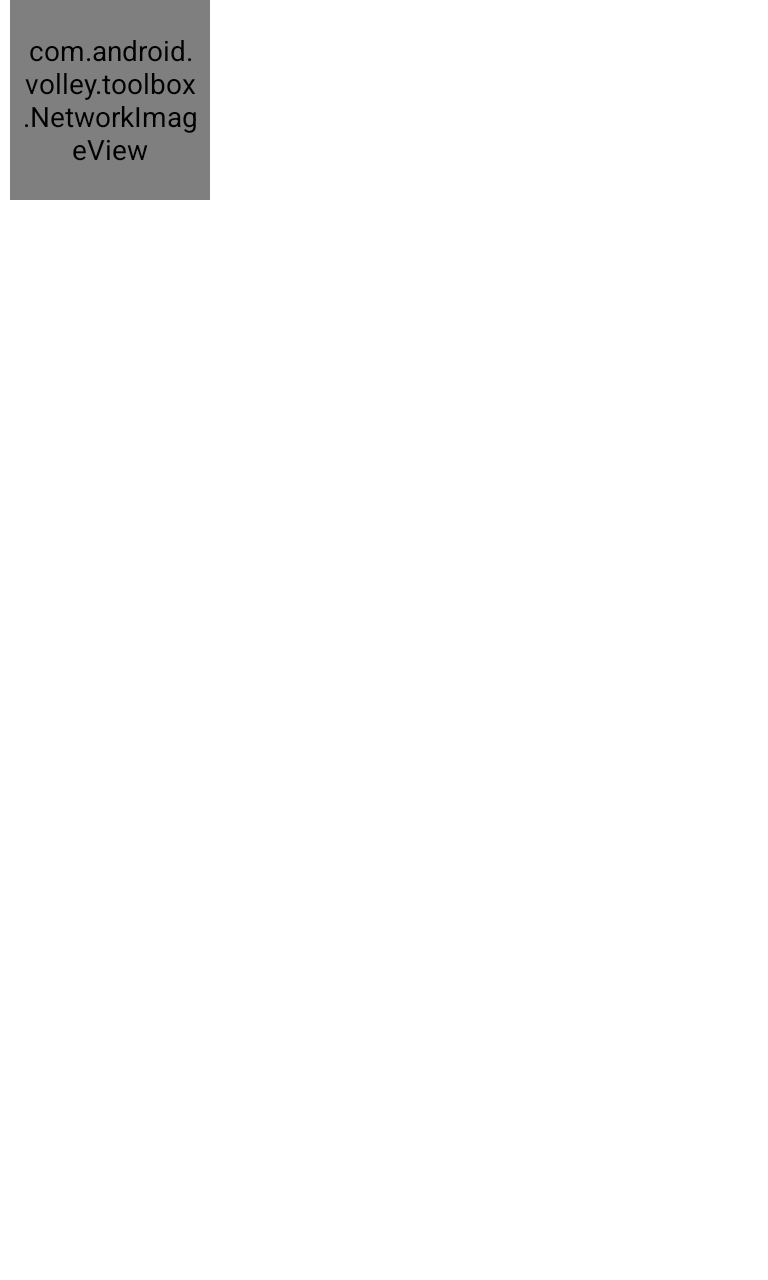
Repository: thisisdemo333/BigDiscount
Layout: BigDiscounts/res/layout/detailview_image_item.xml
The author's editor kept a copy of each file at every save. The layout is drawn from the files as they stood at one save, then again after the next save.
Pictures or frames that could not be fetched are drawn as grey boxes. It is drawn on a 768 x 1280 px phone screen (xhdpi) without system bars, with theme AppTheme; the app's code is not run.

Above is the layout before, as saved 2015-05-05 12:32:08.

### BigDiscounts/res/layout/detailview_image_item.xml
<?xml version="1.0" encoding="utf-8"?>
<LinearLayout xmlns:android="http://schemas.android.com/apk/res/android"
    android:layout_width="match_parent"
    android:layout_height="match_parent"
    android:orientation="vertical" >

    <com.android.volley.toolbox.NetworkImageView
        android:id="@+id/iv_image"
        android:layout_width="@dimen/padding_100dp"
        android:layout_height="@dimen/padding_100dp"
        android:layout_marginLeft="@dimen/padding_5dp"
        android:background="@color/white"
        android:padding="@dimen/padding_5dp"
        android:scaleType="centerCrop"
        android:src="@drawable/itembg" />

</LinearLayout>

### BigDiscounts/res/values/styles.xml
<resources xmlns:android="http://schemas.android.com/apk/res/android">

    <!--
        Base application theme, dependent on API level. This theme is replaced
        by AppBaseTheme from res/values-vXX/styles.xml on newer devices.


    -->
    <style name="AppBaseTheme" parent="android:Theme.Light">
        <!--
            Theme customizations available in newer API levels can go in
            res/values-vXX/styles.xml, while customizations related to
            backward-compatibility can go here.


        -->
    </style>

    <!-- Application theme. -->
    <style name="AppTheme" parent="AppBaseTheme">

        <!-- All customizations that are NOT specific to a particular API-level can go here. -->
        <item name="android:actionBarStyle">@style/MyActionBar</item>
    </style>

    <!-- Action bar theme. -->
    <style name="MyActionBar" parent="@android:style/Widget.Holo.Light.ActionBar">
        <item name="android:background">@color/RoyalBlue</item>
        <item name="android:titleTextStyle">@style/AppTitle</item>
    </style>

    <!-- App title theme -->
    <style name="AppTitle" parent="@android:style/TextAppearance.Holo.Widget.ActionBar.Title">
        <item name="android:textColor">@color/white</item>
    </style>

</resources>

### BigDiscounts/res/values/colors.xml
<?xml version="1.0" encoding="utf-8"?>
<resources>

    <color name="background">#135493</color>
    <color name="login_color">#d34836</color>
    <color name="actionBar">#2F8DE4</color>
    <color name="white_smoke">#F7F7F7</color>
    <color name="white">#ffffff</color>
    <color name="black">#000000</color>
    <color name="transparent">#00000000</color>
    <color name="main_color_green">#00b863</color>
    <color name="main_color_gray_dk">#3b3b3b</color>
    <color name="main_color_gray_lt">#acacac</color>
    <color name="main_color_gray">#7d7d7d</color>
    <color name="gray_light">#e8e8e8</color>
    <color name="yellow">#FFFF00</color>
    <color name="fuchsia">#FF00FF</color>
    <color name="red">#FF0000</color>
    <color name="silver">#C0C0C0</color>
    <color name="gray">#808080</color>
    <color name="olive">#808000</color>
    <color name="purple">#800080</color>
    <color name="maroon">#800000</color>
    <color name="aqua">#00FFFF</color>
    <color name="lime">#00FF00</color>
    <color name="teal">#008080</color>
    <color name="green">#008000</color>
    <color name="blue">#0000FF</color>
    <color name="navy">#000080</color>
    <color name="White">#FFFFFF</color>
    <color name="Ivory">#FFFFF0</color>
    <color name="LightYellow">#FFFFE0</color>
    <color name="Yellow">#FFFF00</color>
    <color name="Snow">#FFFAFA</color>
    <color name="FloralWhite">#FFFAF0</color>
    <color name="LemonChiffon">#FFFACD</color>
    <color name="Cornsilk">#FFF8DC</color>
    <color name="Seashell">#FFF5EE</color>
    <color name="LavenderBlush">#FFF0F5</color>
    <color name="PapayaWhip">#FFEFD5</color>
    <color name="BlanchedAlmond">#FFEBCD</color>
    <color name="MistyRose">#FFE4E1</color>
    <color name="Bisque">#FFE4C4</color>
    <color name="Moccasin">#FFE4B5</color>
    <color name="NavajoWhite">#FFDEAD</color>
    <color name="PeachPuff">#FFDAB9</color>
    <color name="Gold">#FFD700</color>
    <color name="Pink">#FFC0CB</color>
    <color name="LightPink">#FFB6C1</color>
    <color name="Orange">#FFA500</color>
    <color name="LightSalmon">#FFA07A</color>
    <color name="DarkOrange">#FF8C00</color>
    <color name="Coral">#FF7F50</color>
    <color name="HotPink">#FF69B4</color>
    <color name="Tomato">#FF6347</color>
    <color name="OrangeRed">#FF4500</color>
    <color name="DeepPink">#FF1493</color>
    <color name="Fuchsia">#FF00FF</color>
    <color name="Magenta">#FF00FF</color>
    <color name="Red">#FF0000</color>
    <color name="OldLace">#FDF5E6</color>
    <color name="LightGoldenrodYellow">#FAFAD2</color>
    <color name="Linen">#FAF0E6</color>
    <color name="AntiqueWhite">#FAEBD7</color>
    <color name="Salmon">#FA8072</color>
    <color name="GhostWhite">#F8F8FF</color>
    <color name="MintCream">#F5FFFA</color>
    <color name="WhiteSmoke">#F5F5F5</color>
    <color name="Beige">#F5F5DC</color>
    <color name="Wheat">#F5DEB3</color>
    <color name="SandyBrown">#F4A460</color>
    <color name="Azure">#F0FFFF</color>
    <color name="Honeydew">#F0FFF0</color>
    <color name="AliceBlue">#F0F8FF</color>
    <color name="Khaki">#F0E68C</color>
    <color name="LightCoral">#F08080</color>
    <color name="PaleGoldenrod">#EEE8AA</color>
    <color name="Violet">#EE82EE</color>
    <color name="DarkSalmon">#E9967A</color>
    <color name="Lavender">#E6E6FA</color>
    <color name="LightCyan">#E0FFFF</color>
    <color name="BurlyWood">#DEB887</color>
    <color name="Plum">#DDA0DD</color>
    <color name="Gainsboro">#DCDCDC</color>
    <color name="Crimson">#DC143C</color>
    <color name="PaleVioletRed">#DB7093</color>
    <color name="Goldenrod">#DAA520</color>
    <color name="Orchid">#DA70D6</color>
    <color name="Thistle">#D8BFD8</color>
    <color name="LightGrey">#D3D3D3</color>
    <color name="Tan">#D2B48C</color>
    <color name="Chocolate">#D2691E</color>
    <color name="Peru">#CD853F</color>
    <color name="IndianRed">#CD5C5C</color>
    <color name="MediumVioletRed">#C71585</color>
    <color name="Silver">#C0C0C0</color>
    <color name="DarkKhaki">#BDB76B</color>
    <color name="RosyBrown">#BC8F8F</color>
    <color name="MediumOrchid">#BA55D3</color>
    <color name="DarkGoldenrod">#B8860B</color>
    <color name="FireBrick">#B22222</color>
    <color name="PowderBlue">#B0E0E6</color>
    <color name="LightSteelBlue">#B0C4DE</color>
    <color name="PaleTurquoise">#AFEEEE</color>
    <color name="GreenYellow">#ADFF2F</color>
    <color name="LightBlue">#ADD8E6</color>
    <color name="DarkGray">#A9A9A9</color>
    <color name="Brown">#A52A2A</color>
    <color name="Sienna">#A0522D</color>
    <color name="YellowGreen">#9ACD32</color>
    <color name="DarkOrchid">#9932CC</color>
    <color name="PaleGreen">#98FB98</color>
    <color name="DarkViolet">#9400D3</color>
    <color name="MediumPurple">#9370DB</color>
    <color name="LightGreen">#90EE90</color>
    <color name="DarkSeaGreen">#8FBC8F</color>
    <color name="SaddleBrown">#8B4513</color>
    <color name="DarkMagenta">#8B008B</color>
    <color name="DarkRed">#8B0000</color>
    <color name="BlueViolet">#8A2BE2</color>
    <color name="LightSkyBlue">#87CEFA</color>
    <color name="SkyBlue">#87CEEB</color>
    <color name="Gray">#808080</color>
    <color name="Olive">#808000</color>
    <color name="Purple">#800080</color>
    <color name="Maroon">#800000</color>
    <color name="Aquamarine">#7FFFD4</color>
    <color name="Chartreuse">#7FFF00</color>
    <color name="LawnGreen">#7CFC00</color>
    <color name="MediumSlateBlue">#7B68EE</color>
    <color name="LightSlateGray">#778899</color>
    <color name="SlateGray">#708090</color>
    <color name="OliveDrab">#6B8E23</color>
    <color name="SlateBlue">#6A5ACD</color>
    <color name="DimGray">#696969</color>
    <color name="MediumAquamarine">#66CDAA</color>
    <color name="CornflowerBlue">#6495ED</color>
    <color name="CadetBlue">#5F9EA0</color>
    <color name="DarkOliveGreen">#556B2F</color>
    <color name="Indigo">#4B0082</color>
    <color name="MediumTurquoise">#48D1CC</color>
    <color name="DarkSlateBlue">#483D8B</color>
    <color name="SteelBlue">#4682B4</color>
    <color name="RoyalBlue">#4169E1</color>
    <color name="Turquoise">#40E0D0</color>
    <color name="MediumSeaGreen">#3CB371</color>
    <color name="LimeGreen">#32CD32</color>
    <color name="DarkSlateGray">#2F4F4F</color>
    <color name="SeaGreen">#2E8B57</color>
    <color name="ForestGreen">#228B22</color>
    <color name="LightSeaGreen">#20B2AA</color>
    <color name="DodgerBlue">#1E90FF</color>
    <color name="MidnightBlue">#191970</color>
    <color name="Aqua">#00FFFF</color>
    <color name="Cyan">#00FFFF</color>
    <color name="SpringGreen">#00FF7F</color>
    <color name="Lime">#00FF00</color>
    <color name="MediumSpringGreen">#00FA9A</color>
    <color name="DarkTurquoise">#00CED1</color>
    <color name="DeepSkyBlue">#00BFFF</color>
    <color name="DarkCyan">#008B8B</color>
    <color name="Teal">#008080</color>
    <color name="Green">#008000</color>
    <color name="DarkGreen">#006400</color>
    <color name="Blue">#0000FF</color>
    <color name="MediumBlue">#0000CD</color>
    <color name="DarkBlue">#00008B</color>
    <color name="Navy">#000080</color>
    <color name="Black">#000000</color>
    <color name="carrier_launcher_theme">#AE0000</color>
    <color name="career_header">#AE0000</color>
    <color name="career_background">#373737</color>
    <color name="cancel">#8A8D8B</color>
    <color name="listview_1">#70000000</color>
    <color name="theme">#C91870</color>
    <color name="application_bg">#E9E9E9</color>
    <color name="blue_light">#4074b3</color>
    <color name="gray_dark">#4b4b4b</color>
    <color name="gray_faint">#F7F7F7</color>
    <color name="blue_sky">#01AADE</color>
    <color name="blue_royal">#526DAE</color>
    <color name="Transperent_60black">#99000000</color>

</resources>

### BigDiscounts/res/values/dimens.xml
<resources>

    <!-- Default screen margins, per the Android Design guidelines. -->
    <dimen name="activity_horizontal_margin">16dp</dimen>
    <dimen name="activity_vertical_margin">16dp</dimen>
    <dimen name="padding_300dp">300dp</dimen>
    <dimen name="padding_200dp">200dp</dimen>
    <dimen name="padding_150dp">150dp</dimen>
    <dimen name="padding_100dp">100dp</dimen>
    <dimen name="padding_50dp">50dp</dimen>

</resources>

### BigDiscounts/res/values-hdpi/dimens.xml
<?xml version="1.0" encoding="utf-8"?>
<resources>

    <!-- Text Size -->
    <dimen name="very_small_text_size">8sp</dimen>
    <dimen name="sub_small_text_size">9sp</dimen>
    <dimen name="small_text_size">10sp</dimen>
    <dimen name="medium_text_size">15sp</dimen>
    <dimen name="large_text_size">25sp</dimen>
    <dimen name="very_large_text_size">35sp</dimen>

    <!-- padding -->
    <dimen name="padding_1dp">1dp</dimen>
    <dimen name="padding_2dp">2dp</dimen>
    <dimen name="padding_3dp">3dp</dimen>
    <dimen name="padding_4dp">4dp</dimen>
    <dimen name="padding_5dp">5dp</dimen>
    <dimen name="padding_6dp">6dp</dimen>
    <dimen name="padding_7dp">7dp</dimen>
    <dimen name="padding_8dp">8dp</dimen>
    <dimen name="padding_9dp">9dp</dimen>
    <dimen name="padding_10dp">10dp</dimen>
    <dimen name="padding_15dp">15dp</dimen>
    <dimen name="padding_20dp">20dp</dimen>
    <dimen name="padding_25dp">25dp</dimen>
    <dimen name="padding_30dp">30dp</dimen>
    <dimen name="padding_40dp">40dp</dimen>

    <!-- Margin -->
    <dimen name="margin_1dp">1dp</dimen>
    <dimen name="margin_2dp">2dp</dimen>
    <dimen name="margin_3dp">3dp</dimen>
    <dimen name="margin_4dp">4dp</dimen>
    <dimen name="margin_5dp">5dp</dimen>
    <dimen name="margin_6dp">6dp</dimen>
    <dimen name="margin_7dp">7dp</dimen>
    <dimen name="margin_8dp">8dp</dimen>
    <dimen name="margin_9dp">9dp</dimen>
    <dimen name="margin_10dp">10dp</dimen>
    <dimen name="margin_15dp">15dp</dimen>
    <dimen name="margin_20dp">20dp</dimen>
    <dimen name="margin_25dp">25dp</dimen>
    <dimen name="margin_30dp">30dp</dimen>

    <!-- Imageview Category Dimen -->
    <dimen name="imv_category_dimen">40dp</dimen>

    <!-- Category Fragment dimen -->
    <dimen name="dimen_hotdeals_listview">165dp</dimen>
    <dimen name="dimen_view_pager">165dp</dimen>
    <dimen name="dimen_hot_deals_image">165dp</dimen>
    <dimen name="dimen_product_image">165dp</dimen>

    <!-- Search Item Image dimen -->
    <dimen name="dimen_search_item_image">100dp</dimen>

    <!-- Advertise Screen Dimen -->
    <dimen name="dimen_advetise_viewpager">200dp</dimen>
    <dimen name="dimen_advertise_horizontal_listview">100dp</dimen>
    <dimen name="dimen_advertise_call_image">40dp</dimen>
    <dimen name="dimen_advertise_sms_image">40dp</dimen>
    <dimen name="dimen_advertise_pager_addres">100dp</dimen>

</resources>

### BigDiscounts/res/values-mdpi/dimens.xml
<?xml version="1.0" encoding="utf-8"?>
<resources>

    <!-- Text Size -->
    <dimen name="very_small_text_size">8sp</dimen>
    <dimen name="sub_small_text_size">9sp</dimen>
    <dimen name="small_text_size">10sp</dimen>
    <dimen name="medium_text_size">15sp</dimen>
    <dimen name="large_text_size">25sp</dimen>
    <dimen name="very_large_text_size">35sp</dimen>

    <!-- padding -->
    <dimen name="padding_1dp">1dp</dimen>
    <dimen name="padding_2dp">2dp</dimen>
    <dimen name="padding_3dp">3dp</dimen>
    <dimen name="padding_4dp">4dp</dimen>
    <dimen name="padding_5dp">5dp</dimen>
    <dimen name="padding_6dp">6dp</dimen>
    <dimen name="padding_7dp">7dp</dimen>
    <dimen name="padding_8dp">8dp</dimen>
    <dimen name="padding_9dp">9dp</dimen>
    <dimen name="padding_10dp">10dp</dimen>
    <dimen name="padding_15dp">15dp</dimen>
    <dimen name="padding_20dp">20dp</dimen>
    <dimen name="padding_25dp">25dp</dimen>
    <dimen name="padding_30dp">30dp</dimen>
    <dimen name="padding_40dp">40dp</dimen>

    <!-- Margin -->
    <dimen name="margin_1dp">1dp</dimen>
    <dimen name="margin_2dp">2dp</dimen>
    <dimen name="margin_3dp">3dp</dimen>
    <dimen name="margin_4dp">4dp</dimen>
    <dimen name="margin_5dp">5dp</dimen>
    <dimen name="margin_6dp">6dp</dimen>
    <dimen name="margin_7dp">7dp</dimen>
    <dimen name="margin_8dp">8dp</dimen>
    <dimen name="margin_9dp">9dp</dimen>
    <dimen name="margin_10dp">10dp</dimen>
    <dimen name="margin_15dp">15dp</dimen>
    <dimen name="margin_20dp">20dp</dimen>
    <dimen name="margin_25dp">25dp</dimen>
    <dimen name="margin_30dp">30dp</dimen>

    <!-- Imageview Category Dimen -->
    <dimen name="imv_category_dimen">35dp</dimen>

    <!-- Category Fragment dimen -->
    <dimen name="dimen_hotdeals_listview">150dp</dimen>
    <dimen name="dimen_view_pager">150dp</dimen>
    <dimen name="dimen_hot_deals_image">150dp</dimen>
    <dimen name="dimen_product_image">150dp</dimen>

    <!-- Search Item Image dimen -->
    <dimen name="dimen_search_item_image">100dp</dimen>

    <!-- Advertise Screen Dimen -->
    <dimen name="dimen_advetise_viewpager">200dp</dimen>
    <dimen name="dimen_advertise_horizontal_listview">100dp</dimen>
    <dimen name="dimen_advertise_call_image">40dp</dimen>
    <dimen name="dimen_advertise_sms_image">40dp</dimen>
    <dimen name="dimen_advertise_pager_addres">100dp</dimen>

</resources>

### BigDiscounts/res/values-xhdpi/dimens.xml
<?xml version="1.0" encoding="utf-8"?>
<resources>

    <!-- Text Size -->
    <dimen name="very_small_text_size">8sp</dimen>
    <dimen name="sub_small_text_size">9sp</dimen>
    <dimen name="small_text_size">10sp</dimen>
    <dimen name="medium_text_size">15sp</dimen>
    <dimen name="large_text_size">25sp</dimen>
    <dimen name="very_large_text_size">35sp</dimen>

    <!-- padding -->
    <dimen name="padding_1dp">1dp</dimen>
    <dimen name="padding_2dp">2dp</dimen>
    <dimen name="padding_3dp">3dp</dimen>
    <dimen name="padding_4dp">4dp</dimen>
    <dimen name="padding_5dp">5dp</dimen>
    <dimen name="padding_6dp">6dp</dimen>
    <dimen name="padding_7dp">7dp</dimen>
    <dimen name="padding_8dp">8dp</dimen>
    <dimen name="padding_9dp">9dp</dimen>
    <dimen name="padding_10dp">10dp</dimen>
    <dimen name="padding_15dp">15dp</dimen>
    <dimen name="padding_20dp">20dp</dimen>
    <dimen name="padding_25dp">25dp</dimen>
    <dimen name="padding_30dp">30dp</dimen>
    <dimen name="padding_40dp">40dp</dimen>

    <!-- Margin -->
    <dimen name="margin_1dp">1dp</dimen>
    <dimen name="margin_2dp">2dp</dimen>
    <dimen name="margin_3dp">3dp</dimen>
    <dimen name="margin_4dp">4dp</dimen>
    <dimen name="margin_5dp">5dp</dimen>
    <dimen name="margin_6dp">6dp</dimen>
    <dimen name="margin_7dp">7dp</dimen>
    <dimen name="margin_8dp">8dp</dimen>
    <dimen name="margin_9dp">9dp</dimen>
    <dimen name="margin_10dp">10dp</dimen>
    <dimen name="margin_15dp">15dp</dimen>
    <dimen name="margin_20dp">20dp</dimen>
    <dimen name="margin_25dp">25dp</dimen>
    <dimen name="margin_30dp">30dp</dimen>

    <!-- Imageview Category Dimen -->
    <dimen name="imv_category_dimen">45dp</dimen>

    <!-- Category Fragment dimen -->
    <dimen name="dimen_hotdeals_listview">165dp</dimen>
    <dimen name="dimen_view_pager">165dp</dimen>
    <dimen name="dimen_hot_deals_image">165dp</dimen>
    <dimen name="dimen_product_image">165dp</dimen>


    <!-- Search Item Image dimen -->
    <dimen name="dimen_search_item_image">100dp</dimen>

    <!-- Advertise Screen Dimen -->
    <dimen name="dimen_advetise_viewpager">200dp</dimen>
    <dimen name="dimen_advertise_horizontal_listview">100dp</dimen>
    <dimen name="dimen_advertise_call_image">40dp</dimen>
    <dimen name="dimen_advertise_sms_image">40dp</dimen>
    <dimen name="dimen_advertise_pager_addres">100dp</dimen>

</resources>

Loaded but not shown: BigDiscounts/res/values-v11/styles.xml (common file); BigDiscounts/res/values-v14/styles.xml (common file)

After the next save:
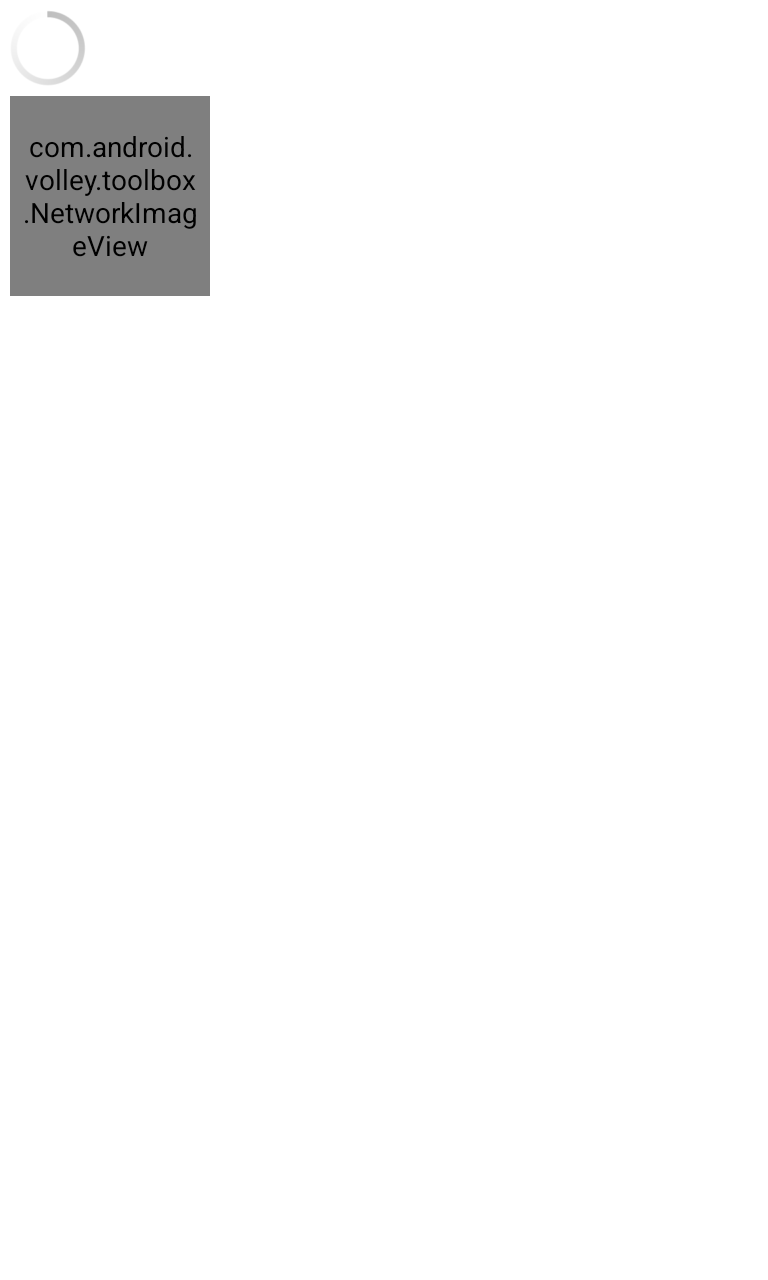
Saved 79 s later.
--- a/BigDiscounts/res/layout/detailview_image_item.xml
+++ b/BigDiscounts/res/layout/detailview_image_item.xml
@@ -4,6 +4,10 @@
     android:layout_height="match_parent"
     android:orientation="vertical" >
 
+    <ProgressBar
+        android:layout_width="wrap_content"
+        android:layout_height="wrap_content"
+        />
     <com.android.volley.toolbox.NetworkImageView
         android:id="@+id/iv_image"
         android:layout_width="@dimen/padding_100dp"

After the 5 saves that followed:
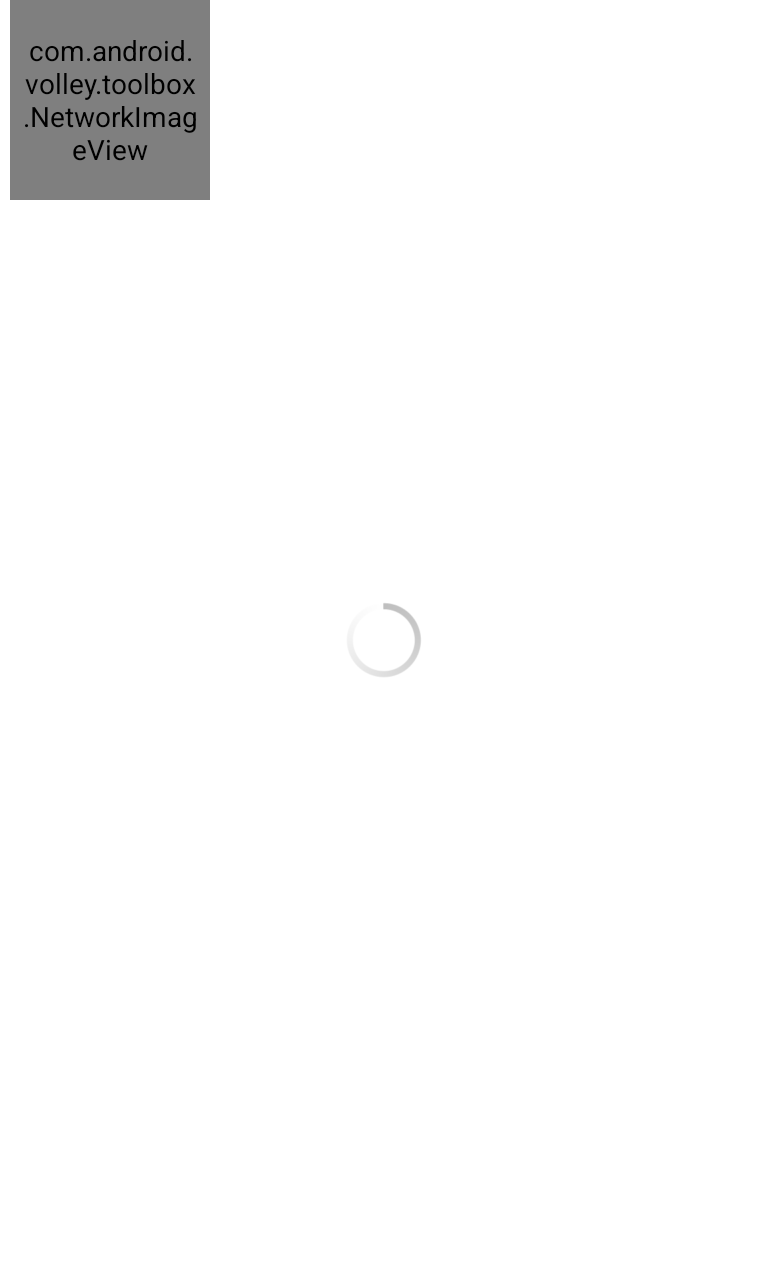
The 5 saves are shown as one change because 3 did not build or start and some came seconds apart.
The last was saved 106 s later.
--- a/BigDiscounts/res/layout/detailview_image_item.xml
+++ b/BigDiscounts/res/layout/detailview_image_item.xml
@@ -1,13 +1,13 @@
 <?xml version="1.0" encoding="utf-8"?>
-<LinearLayout xmlns:android="http://schemas.android.com/apk/res/android"
+<RelativeLayout xmlns:android="http://schemas.android.com/apk/res/android"
     android:layout_width="match_parent"
-    android:layout_height="match_parent"
-    android:orientation="vertical" >
+    android:layout_height="match_parent" >
 
     <ProgressBar
         android:layout_width="wrap_content"
         android:layout_height="wrap_content"
-        />
+        android:layout_centerInParent="true" />
+
     <com.android.volley.toolbox.NetworkImageView
         android:id="@+id/iv_image"
         android:layout_width="@dimen/padding_100dp"
@@ -18,4 +18,4 @@
         android:scaleType="centerCrop"
         android:src="@drawable/itembg" />
 
-</LinearLayout>
+</RelativeLayout>
